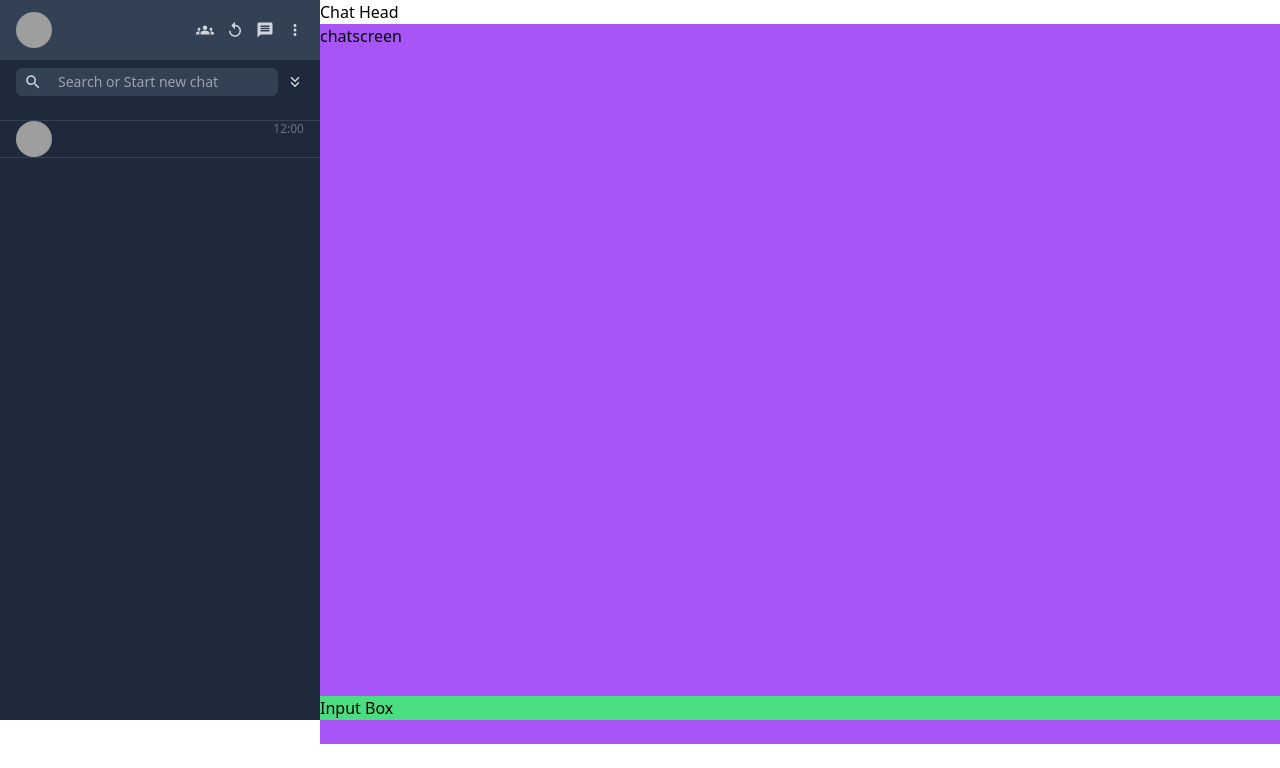
Repository: theanmol-raj/whatsapp
Page: /
An editor plug-in stored every save of this project. The page is shown before and after the next save, followed by the edit.
The browser window is 1280 px wide. The pictures show the whole page.
Pictures or frames that could not be fetched are drawn as grey boxes. The project was rebuilt for these pictures with package versions that can differ from the ones it lists, and the page was loaded fresh each time.

Above is the page before, as saved 2022-12-03 22:06:03.

After the next save:
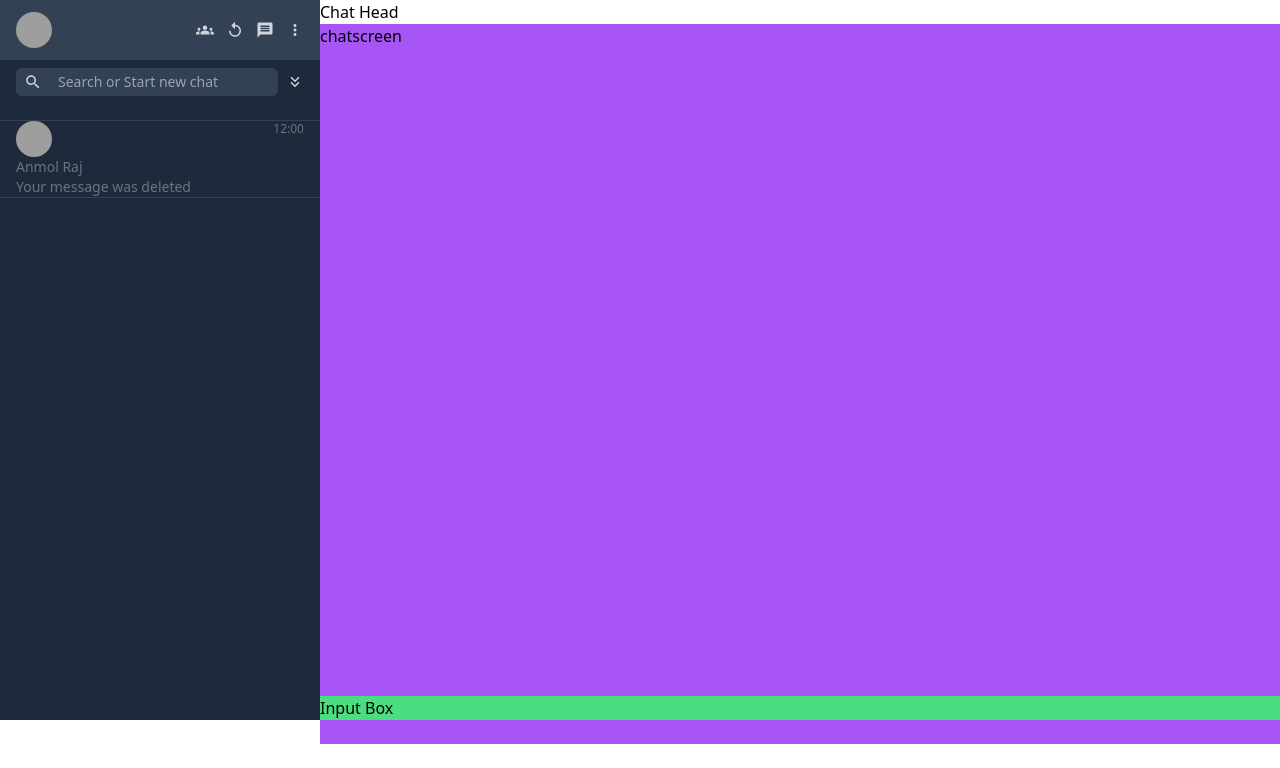
Saved 36 s later.
--- a/src/Components/ContactCard.jsx
+++ b/src/Components/ContactCard.jsx
@@ -2,13 +2,13 @@ import React from 'react'
 
 function ContactCard() {
   return (
-    <div className='  text-gray-500 border-y border-slate-700 text-sm'>
+    <div className='text-gray-500 border-y border-slate-700 text-sm'>
         <div className=' flex justify-between mx-4'>
             <div>
             <img className=' rounded-full h-9 w-9' alt='' src="https://pps.whatsapp.net/v/t61.24694-24/158723607_419193396439292_5955373819812020282_n.jpg?stp=dst-jpg_s96x96&ccb=11-4&oh=01_AdRKjHR9ktMhs2HrAksQulr5trvWOTtpB53hlyDh0ZECbw&oe=63986EC2" />
                 <div>
-
-
+                    <p>Anmol Raj</p>
+                    <p> Your message was deleted</p>
                 </div>
             </div>
             <div>
